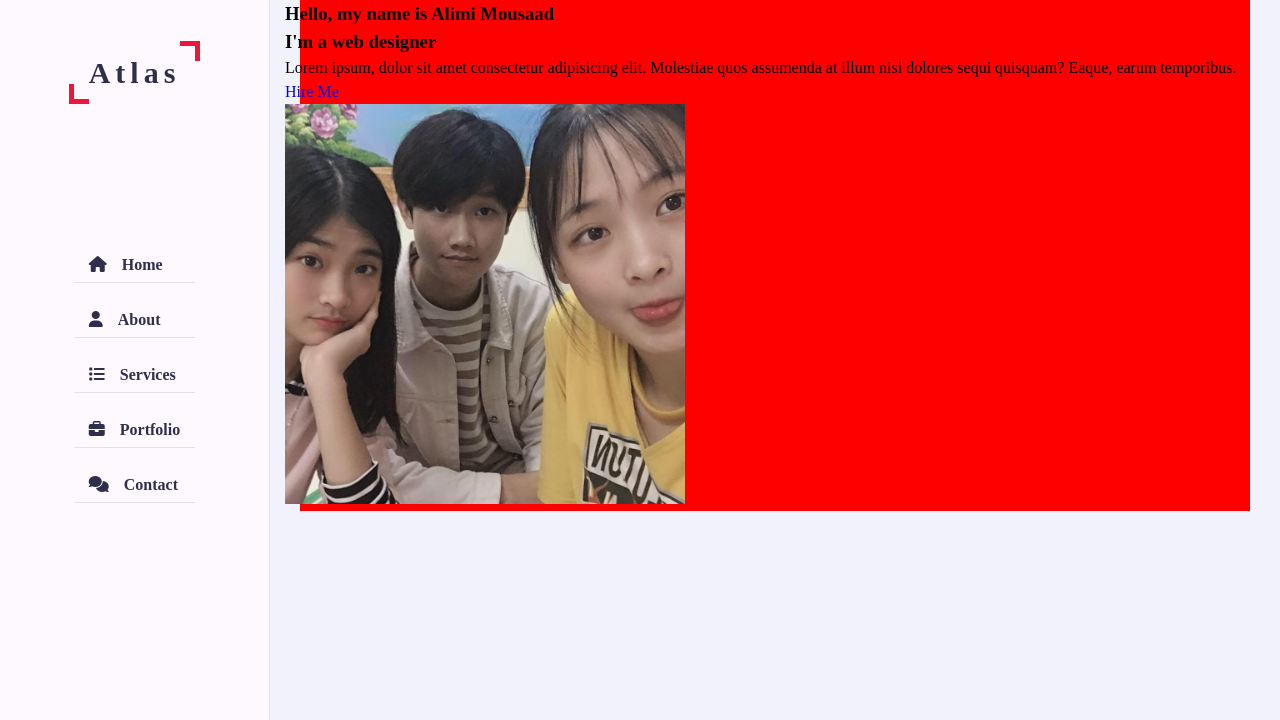
Repository: luanhoang0902/portfolio-ui
Page: index.html
The author's editor kept a copy of each file at every save. The page is drawn from the files as they stood at one save, then again after the next save.
The browser window is 1280 px wide. The pictures show the whole page.
Some web fonts or font styles are not loaded; a fallback is used. Some web libraries are served in a nearby version.

Above is the page before, as saved 2022-06-02 14:56:56.

After the next save:
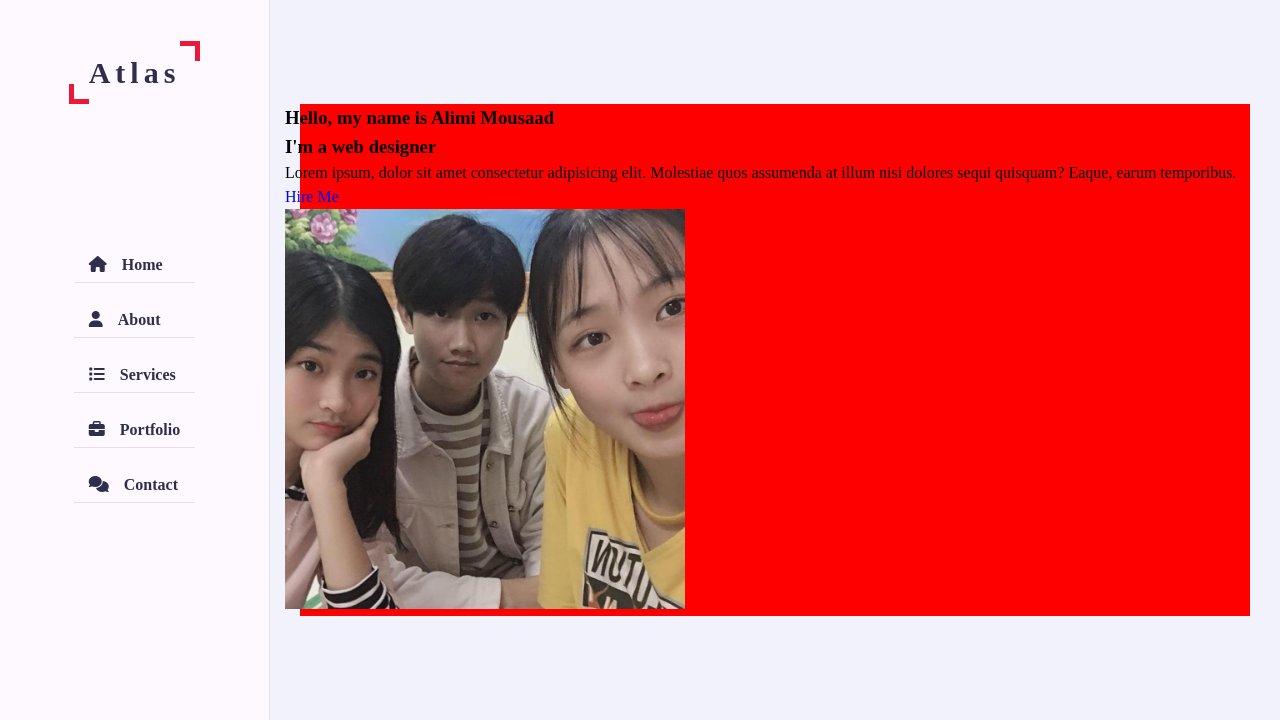
Saved 86 s later.
--- a/css/style.css
+++ b/css/style.css
@@ -204,6 +204,13 @@
     margin-right: 15px;
 }
 /* Home */
+.home
+{
+    min-height: 100vh;
+    display: flex;
+    color: var(--bg-balck-900);
+
+}
 .home .home-img img
 {
     height: 400px;
